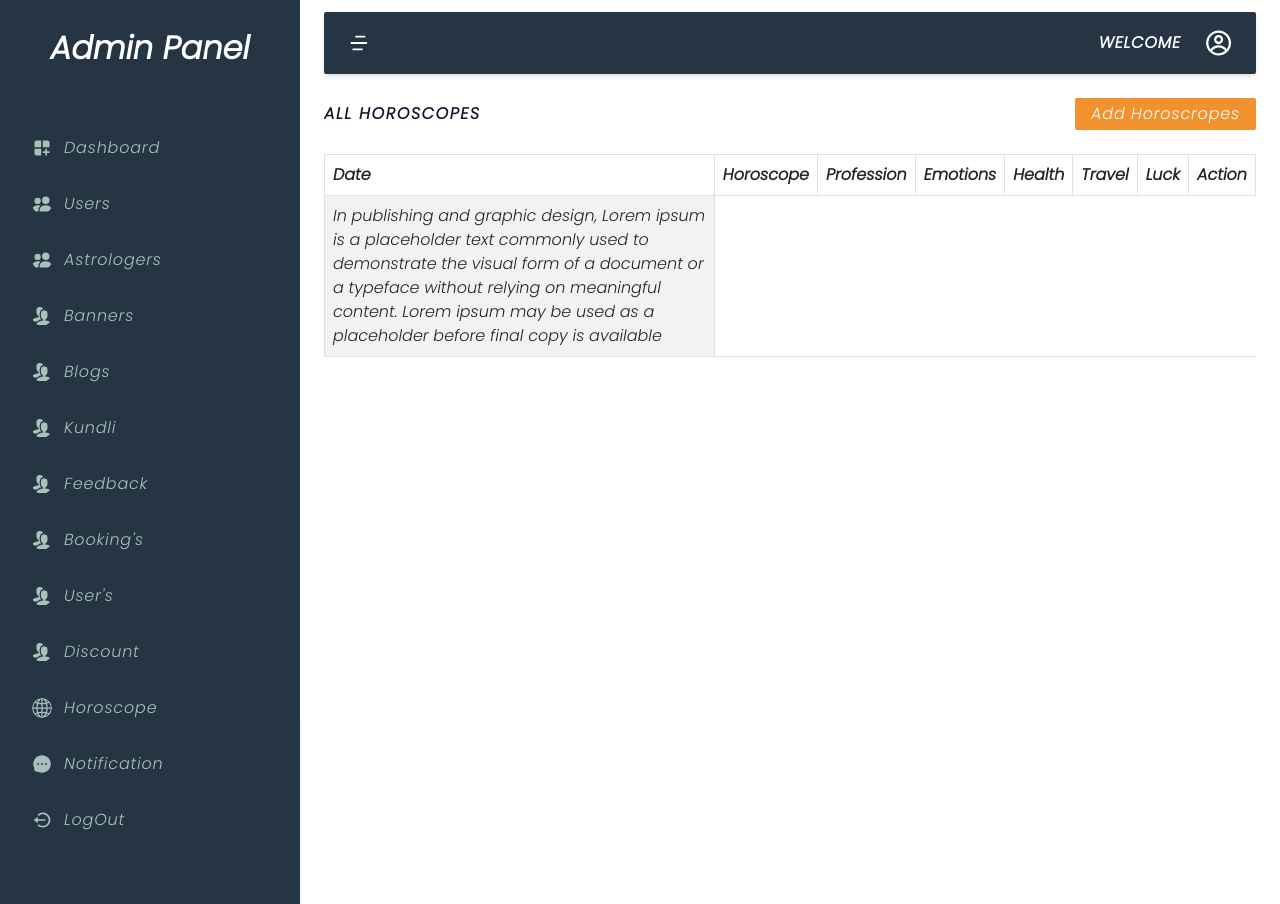
Repository: FlyweisReact/Hariom-Admin-Panel
Page: /horo
The author's editor kept a copy of each file at every save. The page is drawn from the files as they stood at one save, then again after the next save.
The browser window is 1280 px wide. The pictures show the whole page.
Some web libraries are served in a nearby version. The project was rebuilt for these pictures with package versions that can differ from the ones it lists, and the page was loaded fresh each time. Also part of the build but not shown: src/vendorPanel/forms/VendorLogin.jsx, src/vendorPanel/pages/AdminDiscount.js, src/vendorPanel/pages/AdminReview.js, src/vendorPanel/pages/Astrologers.js, src/vendorPanel/pages/Banners.js, src/vendorPanel/pages/Booking.js, src/vendorPanel/pages/Kundli.js, src/vendorPanel/pages/Message.js and 6 more.

Above is the page before, as saved 2023-04-15 15:33:28.

### public/index.html
<!-- @format -->

<!DOCTYPE html>
<html lang="en">
  <head>
    <meta charset="utf-8" />
    <meta name="viewport" content="width=device-width, initial-scale=1" />
    <meta name="theme-color" content="#000000" />
    <meta
      name="description"
      content="Web site created using create-react-app"
    />
    <link rel="apple-touch-icon" href="%PUBLIC_URL%/favicon.ico?v=2" />
    <link rel="manifest" href="%PUBLIC_URL%/manifest.json" />
    <link rel="preconnect" href="https://fonts.googleapis.com">
<link rel="preconnect" href="https://fonts.gstatic.com" crossorigin>
<link href="https://fonts.googleapis.com/css2?family=Roboto+Mono:ital,wght@1,300&display=swap" rel="stylesheet">
    <title>HariOm</title>
  </head>
  <body>
    <noscript>You need to enable JavaScript to run this app.</noscript>
    <div id="root"></div>
    <script src="https://code.jquery.com/jquery-3.6.0.min.js"></script>
    <script src="https://kit.fontawesome.com/b533b351e4.js" crossorigin="anonymous"></script>
  </body>
</html>

### src/index.js
import React from "react";
import ReactDOM from "react-dom/client";
import "./index.css";
import App from "./App";
import { BrowserRouter } from "react-router-dom";
import 'bootstrap/dist/css/bootstrap.min.css'

const root = ReactDOM.createRoot(document.getElementById("root"));
root.render(
  <React.StrictMode>
    <BrowserRouter>
      <App />
    </BrowserRouter>
  </React.StrictMode>
);

### src/index.css
/** @format */

@tailwind base;
@tailwind components;
@tailwind utilities;
@import url("https://fonts.googleapis.com/css2?family=Roboto+Mono:ital,wght@1,300&display=swap");
@font-face {
  font-family: Roboto;
  src: url('./Fonts/Poppins-LightItalic.ttf');
}
body {
  margin: 0;
  font-family:Roboto !important;
  -webkit-font-smoothing: antialiased;
  -moz-osx-font-smoothing: grayscale;
}



code {
  font-family:Roboto !important;
}

html {
  font-family:Roboto !important;
}

::-webkit-scrollbar {
  width: 10px;
}
.fa-trash {
  color: red;
  cursor: pointer;
}

/* Track */
::-webkit-scrollbar-track {
  background: #f1f1f1;
}

/* Handle */
::-webkit-scrollbar-thumb {
  background: #888;
}

/* Handle on hover */
::-webkit-scrollbar-thumb:hover {
  background: #555;
}
.profileImage{
  width: 100px;
}
.fa-eye{
  color: #029aff;
  cursor: pointer;
}

.View{
  border:  1px solid black;
  width: 100%;
  padding: 10px;

}

.main-card--container {
  display: grid;
  grid-template-columns: repeat(3, minmax(300px, 500px));
  grid-gap: 50px;
  justify-content: space-around;
}
.card-container {
  margin: 25px 0 auto;
  box-shadow: rgba(0, 0, 0, 0.35) 0px 5px 15px;
  position: relative;
  display: grid;
  grid-template-columns: 1fr;
  justify-content: space-around;
  align-items: flex-start;
}

.myEdit:focus {
  box-shadow: rgba(0, 0, 0, 0.35) 0px 5px 15px;
}

### src/App.js
/** @format */

import { Routes, Route } from "react-router-dom";
import { ToastContainer } from "react-toastify";
import "react-toastify/dist/ReactToastify.css";
import VendorLogin from './vendorPanel/forms/VendorLogin'
import AdminDiscount from "./vendorPanel/pages/AdminDiscount";
import AdminReview from "./vendorPanel/pages/AdminReview";
import Astrologers from "./vendorPanel/pages/Astrologers";
import Banners from "./vendorPanel/pages/Banners";
import Booking from "./vendorPanel/pages/Booking";
import Horoscope from "./vendorPanel/pages/Horoscope";
import Kundli from "./vendorPanel/pages/Kundli";
import Message from "./vendorPanel/pages/Message";
import UploadDocs from "./vendorPanel/pages/UploadDocs";
import Users from "./vendorPanel/pages/Users";
import VendorDashboard from './vendorPanel/pages/VendorDashboard.jsx'
import AdminUsers from './vendorPanel/pages/AdminUsers'
import AdminBlogs from './vendorPanel/pages/AdminBlogs'
import AdminCategory from './vendorPanel/pages/AdminCategory'
// import AdminUsers from './vendorPanel/pages/AdminUsers'

function App() {
  return (
    <>
      <ToastContainer />

      <Routes>
        <Route path="/" element={<VendorLogin />} />
        <Route path="/vendorDashboard" element={<VendorDashboard />} />
        <Route path="/astro" element={<Astrologers />} />
        <Route path="/kundli" element={<Kundli />} />
        <Route path="/horo" element={<Horoscope />} />
        <Route path="/adminReviews" element={<AdminReview />} />
        <Route path="/uploadDocs" element={<UploadDocs />} />
        <Route path="/Banners" element={<Banners />} />
        <Route path="/AdminDiscount" element={<AdminDiscount />} />
        <Route path="/msg" element={<Message />} />
        <Route path="/book" element={<Booking />} />
        <Route path="/users" element={<Users />} />
        <Route path="/admin/users" element={<AdminUsers />} />
        <Route path='/admin/blogs' element={<AdminBlogs />} />
        <Route path="/admin/category" element={<AdminCategory />} />
      </Routes>
    </>
  );
}

export default App;

### src/vendorPanel/pages/Horoscope.js
/** @format */

import React from "react";
import HOC from "../layout/HOC";
import { Container, Table, Modal, Form, Button } from "react-bootstrap";

const Horoscope = () => {
  const [modalShow, setModalShow] = React.useState(false);

  function MyVerticallyCenteredModal(props) {

    return (
      <Modal
        {...props}
        size="lg"
        aria-labelledby="contained-modal-title-vcenter"
        centered
      >
        <Modal.Header closeButton>
          <Modal.Title id="contained-modal-title-vcenter">
            </Modal.Title>
        </Modal.Header>
        <Modal.Body>
          <Form>

            <Button variant="outline-success" type="submit">
              Submit
            </Button>
          </Form>
        </Modal.Body>
      </Modal>
    );
  }

  const Lorem = "In publishing and graphic design, Lorem ipsum is a placeholder text commonly used to demonstrate the visual form of a document or a typeface without relying on meaningful content. Lorem ipsum may be used as a placeholder before final copy is available  "

  return (
    <>
      <MyVerticallyCenteredModal
        show={modalShow}
        onHide={() => setModalShow(false)}
      />

      <section>
        <div className="pb-4 sticky top-0  w-full flex justify-between items-center bg-white">
          <span className="tracking-widest text-slate-900 font-semibold uppercase ">
            ALl Horoscopes
          </span>
          <button
            onClick={() => {
              setModalShow(true);
            }}
            className="md:py-2 px-3 md:px-4 py-1 rounded-sm bg-[rgb(241,146,46)] text-white tracking-wider"
          >
            Add Horoscropes
          </button>
        </div>


          <Table  striped bordered hover>
            <thead>
              <tr>
                <th>Date</th>
                <th>Horoscope</th>
                <th>Profession</th>
                <th>Emotions</th>
                <th>Health</th>
                <th>Travel</th>
                <th>Luck</th>

                <th>Action</th>
              </tr>
            </thead>
            <tbody>
             <tr>
              <td> {Lorem.substring(0.100)} </td>
             </tr>
            </tbody>
          </Table>
      </section>
    </>
  );
};

export default HOC(Horoscope);

### src/vendorPanel/layout/HOC.jsx
import React, { useState } from "react";
import Navbar from "./Navbar";
import Sidebar from "./Sidebar";

const HOC = (Wcomponenet) => {
  return function Component() {
    const [hamb, setHamb] = useState(false);
    return (
      <>
        <section className="flex overflow-x-hidden relative">
          {/* Sidebar */}
          <div
            className={
              hamb
                ? " absolute top-0 z-30 md:w-auto shadow-md bg-slate-200  w-60 transition-all md:-left-full left duration-150  h-auto overflow-y-auto  left-0 "
                : " md:w-72 z-30 bg-slate-200  shadow-md  md:static absolute top-0 -left-full   transition-all duration-150  overflow-y-auto h-auto"
            }
            style={{minWidth : '300px'}}
          >
            <Sidebar hamb={hamb} setHamb={setHamb} />
          </div>
          {/* Components & Navbar */}
          <div
            className={
              hamb
                ? " transition-all px-4 py-2  bg-white duration-150 w-full h-screen"
                : " w-full h-screen  px-4 py-2  bg-white z-50 transition-all duration-150 "
            }
          >
            <Navbar hamb={hamb} setHamb={setHamb} />
            <div className="my-6 text-#000 h-[87%] wcomp overflow-y-auto">
              <Wcomponenet />
            </div>
          </div>
        </section>
      </>
    );
  };
};

export default HOC;

### src/vendorPanel/layout/Navbar.jsx
/** @format */

import { RiMenu4Line } from "react-icons/ri";
import { CgProfile } from "react-icons/cg";
import Form from "react-bootstrap/Form";
import { useState } from "react";
import Button from "react-bootstrap/Button";
import Modal from "react-bootstrap/Modal";
import Container from "react-bootstrap/Container";

function MyVerticallyCenteredModal(props) {
  return (
    <Modal
      {...props}
      size="lg"
      aria-labelledby="contained-modal-title-vcenter"
      centered
    >
      <Modal.Header closeButton>
        <Modal.Title id="contained-modal-title-vcenter">
          Edit Profile
        </Modal.Title>
      </Modal.Header>
      <Modal.Body>
        <Container style={{ width: "600px" }}>
          <Form>
            <Form.Group className="mb-3" controlId="formBasicEmail">
              <Form.Label>Name</Form.Label>
              <Form.Control type="text" placeholder="Admin" />
            </Form.Group>
            <Form.Group className="mb-3" controlId="formBasicPassword">
              <Form.Label>Email Address</Form.Label>
              <Form.Control type="email" placeholder="admin@gmail.com" />
            </Form.Group>
            <Form.Group className="mb-3" controlId="formBasicPassword">
              <Form.Label>Password</Form.Label>
              <Form.Control type="password" placeholder="Password" />
            </Form.Group>
            <Button variant="outline-success" type="submit">
              Edit
            </Button>
          </Form>
        </Container>
      </Modal.Body>
    </Modal>
  );
}

const Navbar = ({ hamb, setHamb }) => {
  const [modalShow, setModalShow] = useState(false);

  return (
    <>
      <MyVerticallyCenteredModal
        show={modalShow}
        onHide={() => setModalShow(false)}
      />

      <div
        className={
          hamb
            ? "flex  w-full justify-between  my-1 rounded-sm  p-4 py-3 shadow-md items-center  bg-slate-200 space-x-4"
            : "flex  w-full justify-between my-1 rounded-sm  p-4 py-3 shadow-md items-center  bg-slate-200 space-x-4"
        }
        style={{backgroundColor : '#263544'}}
      >
        <RiMenu4Line
          onClick={() => setHamb(!hamb)}
          className="text-2xl font-bold text-gray-900 hover:scale-90 cursor-pointer"
          style={{color : '#fff'}}
        />

        <section className="flex sm:ml-auto justify-end sm:w-full items-center space-x-2  pr-2">
          <figcaption className="tracking-wider pl-1 font-semibold">
            <div className="lg:text-base text-sm text-gray-900  uppercase"    style={{color : '#fff'}}>
              Welcome
            </div>
          </figcaption>
        </section>

        <CgProfile
          onClick={() => setModalShow(true)}
          className="text-2xl sm:text-3xl font-bold text-[rgb(241,146,46)] cursor-pointer"
          style={{color : '#fff'}}
        />
      </div>
    </>
  );
};

export default Navbar;

### src/vendorPanel/layout/Sidebar.jsx
/** @format */

import React from "react";
import { RiCloseLine } from "react-icons/ri";
import { Link, useNavigate } from "react-router-dom";
import { BsFillPeopleFill } from "react-icons/bs";
import { ImUsers } from "react-icons/im";
import { BiLogOutCircle } from "react-icons/bi";
import { MdDashboardCustomize } from "react-icons/md";
import { BsGlobe2 } from "react-icons/bs";
import { AiFillMessage } from "react-icons/ai";

const Sidebar = ({ hamb, setHamb }) => {
  const navigate = useNavigate();

  const nav = [
    {
      icon: <MdDashboardCustomize className="text-xl mr-3 rounded-full " />,
      link: "/vendorDashboard",
      name: "Dashboard",
    },
    {
      icon: <BsFillPeopleFill className="text-xl mr-3 rounded-full " />,
      link: "/admin/users",
      name: "Users",
    },
    {
      icon: <BsFillPeopleFill className="text-xl mr-3 rounded-full " />,
      link: "/astro",
      name: "Astrologers",
    },
    {
      icon: <ImUsers className="text-xl mr-3 rounded-full " />,
      link: "/Banners",
      name: "Banners",
    },
    {
      icon: <ImUsers className="text-xl mr-3 rounded-full " />,
      link: "/admin/blogs",
      name: "Blogs",
    },
    {
      icon: <ImUsers className="text-xl mr-3 rounded-full " />,
      link: "/kundli",
      name: "Kundli",
    },
    {
      icon: <ImUsers className="text-xl mr-3 rounded-full " />,
      link: "/adminReviews",
      name: "Feedback",
    },
    {
      icon: <ImUsers className="text-xl mr-3 rounded-full " />,
      link: "/book",
      name: "Booking's",
    },
    {
      icon: <ImUsers className="text-xl mr-3 rounded-full " />,
      link: "/users",
      name: "User's",
    },

    {
      icon: <ImUsers className="text-xl mr-3 rounded-full " />,
      link: "/AdminDiscount",
      name: "Discount",
    },
    {
      icon: <BsGlobe2 className="text-xl mr-3 rounded-full " />,
      link: "/horo",
      name: "Horoscope",
    },
    {
      icon: <AiFillMessage className="text-xl mr-3 rounded-full " />,
      link: "/msg",
      name: "Notification",
    },
  ];

  const logOut = () => {
    localStorage.removeItem("AdminToken");
    navigate("/");
  };

  return (
    <>
      <aside
        className="p-4 h-auto"
        style={{ backgroundColor: "#263544", minHeight: "100vh" }}
      >
        {/* Top */}
        <div className="w-full md:hidden relative  p-2 mb-4">
          <RiCloseLine
            onClick={() => setHamb(!hamb)}
            className="text-3xl  absolute top-2 sm:hover:rotate-[228deg] transition-transform font-bold right-2 sm:hover:text-[22px] text-[rgb(241,146,46)] cursor-pointer"
          />
        </div>{" "}
        <figure className="flex  flex-col items-center">
          <span className="font-bold text-[#fff]" style={{ fontSize: "2rem" }}>
            Admin Panel
          </span>
        </figure>
        <nav className="py-6">
          {nav.map((nav) => {
            return (
              <Link
                to={nav.link}
                key={nav.name}
                className=""
                style={{ textDecoration: "none" }}
              >
                <span
                  className="flex my-3 items-center cursor-pointer text-gray-900    tracking-wider p-2 rounded-sm"
                  style={{ color: "#aac0bb" }}
                >
                  {nav.icon} {nav.name}
                </span>
              </Link>
            );
          })}
          <span
            className="flex my-3 items-center cursor-pointer text-gray-900    tracking-wider p-2 rounded-sm"
            onClick={() => logOut()}
            style={{ color: "#aac0bb" }}
          >
            <BiLogOutCircle className="text-xl mr-3 rounded-full " /> LogOut
          </span>
        </nav>
      </aside>
    </>
  );
};

export default Sidebar;

Loaded but not shown: tailwind.config.js (common file)

After the next save:
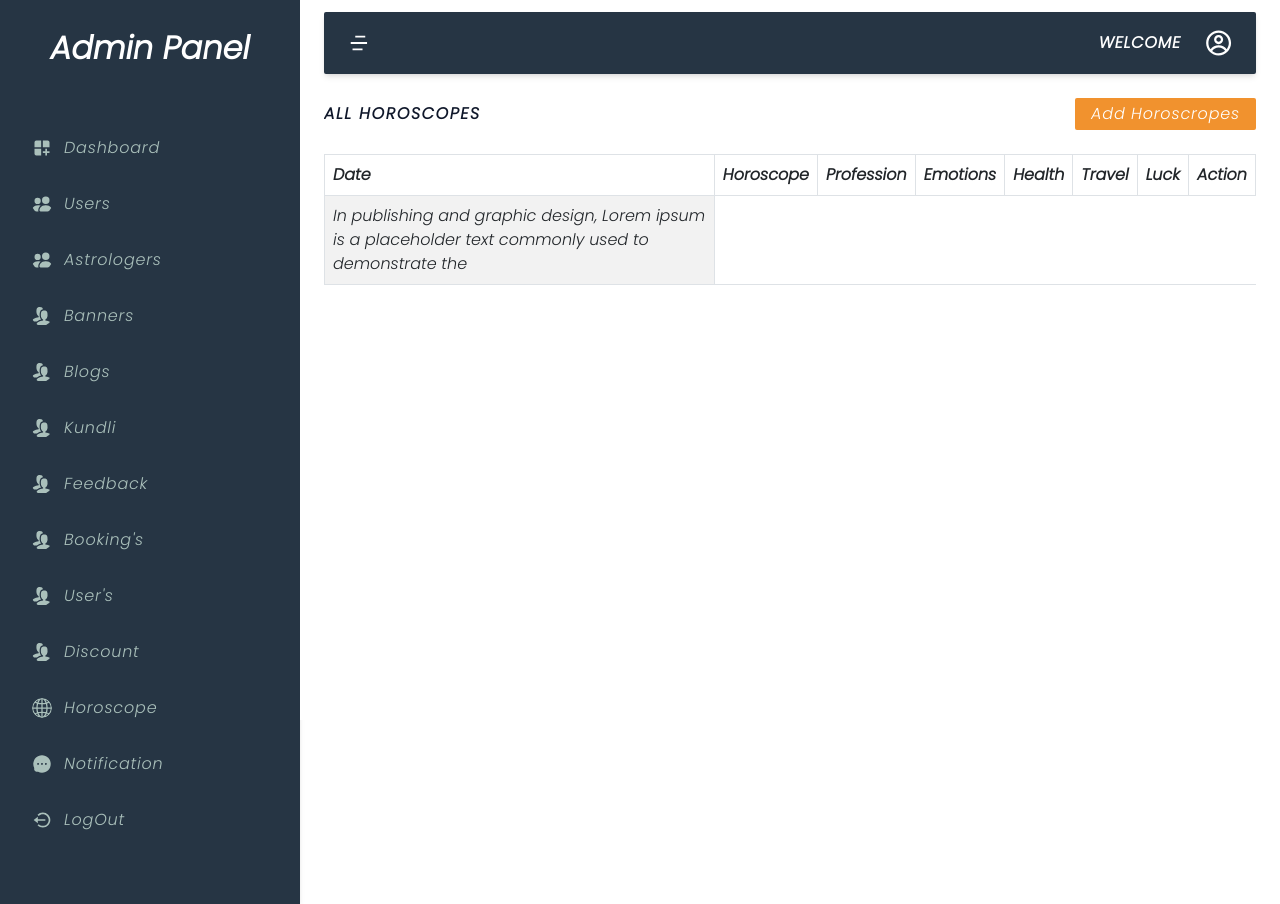
Saved 7 s later.
--- a/src/vendorPanel/pages/Horoscope.js
+++ b/src/vendorPanel/pages/Horoscope.js
@@ -73,7 +73,7 @@ const Horoscope = () => {
             </thead>
             <tbody>
              <tr>
-              <td> {Lorem.substring(0.100)} </td>
+              <td> {Lorem.substring(0 ,100)} </td>
              </tr>
             </tbody>
           </Table>
